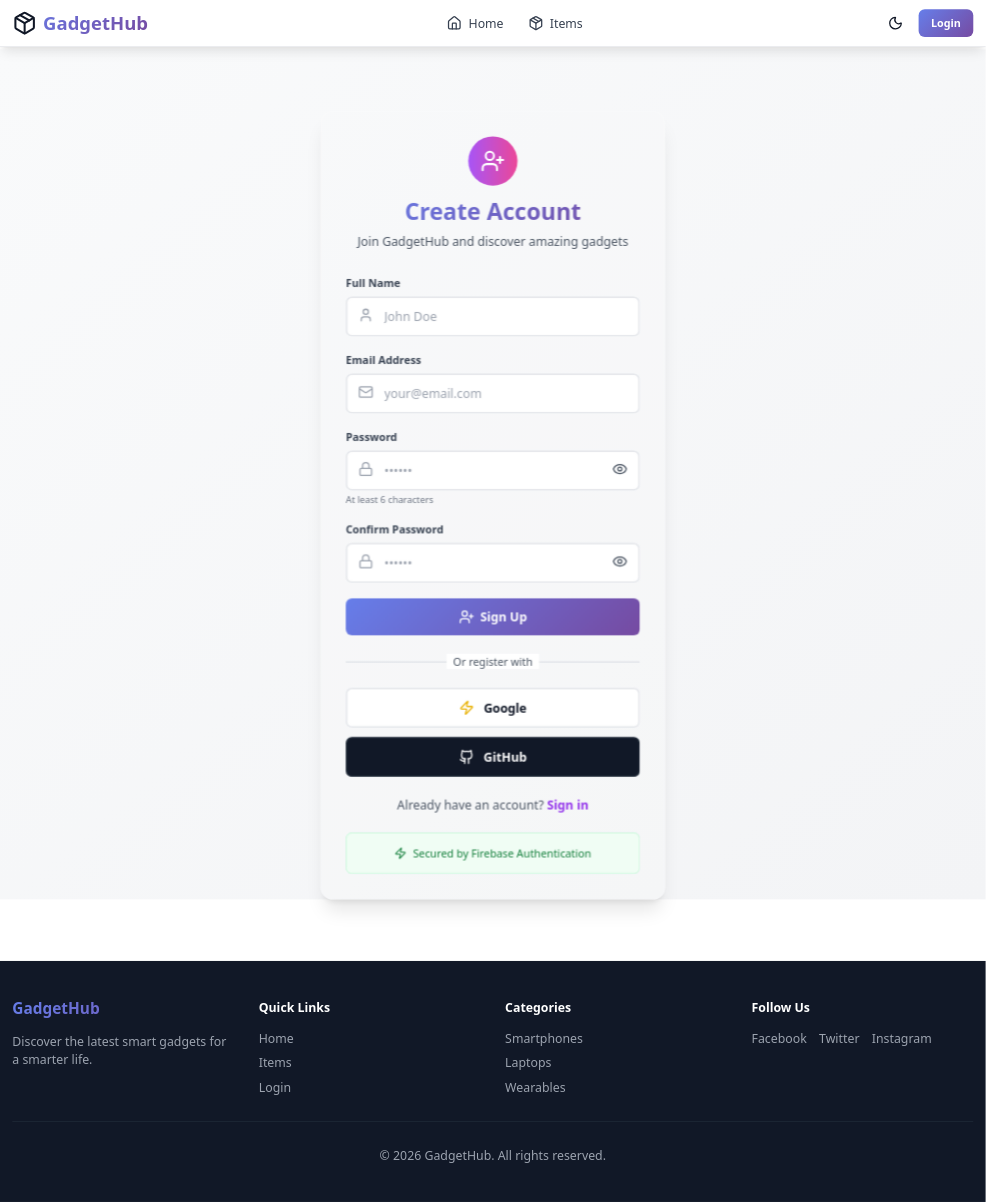
Repository: rajes124/Gadget-Next-js
Page: /register
An editor plug-in stored every save of this project. The page is shown before and after a run of saves, followed by the edit.
The browser window is 1280 px wide. The pictures show the whole page, at 77% of full size.
The project was rebuilt for these pictures with package versions that can differ from the ones it lists, and the page was loaded fresh each time. The framework's server and built-in components were replaced by stand-ins that run in the browser. Also part of the build but not shown: next.config.js.

Above is the page before, as saved 2026-01-18 12:14:21.

### app/layout.tsx
import type { Metadata } from "next";
import Navbar from "@/components/Navbar";
import Footer from "@/components/Footer";
import Providers from "@/components/Providers";
import "./globals.css";

export const metadata: Metadata = {
  title: "GadgetHub - Discover Smart Gadgets",
  description: "Explore the latest technology and innovations. Find your perfect gadget today.",
};

export default function RootLayout({
  children,
}: {
  children: React.ReactNode;
}) {
  return (
    <html lang="en" suppressHydrationWarning>
      <body className="bg-white dark:bg-slate-950 text-gray-900 dark:text-gray-100">
        <Providers>
          <Navbar />
          <main className="min-h-screen pt-16">
            {children}
          </main>
          <Footer />
        </Providers>
      </body>
    </html>
  );
}

### app/register/page.tsx
'use client';

import { useState } from 'react';
import { useRouter } from 'next/navigation';
import Link from 'next/link';
import { signUp } from '@/lib/auth';
import toast from 'react-hot-toast';
import { Mail, Lock, Eye, EyeOff, User as UserIcon, UserPlus, Zap, Github } from 'lucide-react';

export default function RegisterPage() {
  const router = useRouter();
  const [formData, setFormData] = useState({
    email: '',
    password: '',
    confirmPassword: '',
    fullName: '',
  });
  const [loading, setLoading] = useState(false);
  const [showPassword, setShowPassword] = useState(false);
  const [showConfirmPassword, setShowConfirmPassword] = useState(false);

  const handleChange = (e: React.ChangeEvent<HTMLInputElement>) => {
    setFormData({ ...formData, [e.target.name]: e.target.value });
  };

  const handleRegister = async (e: React.FormEvent) => {
    e.preventDefault();

    if (!formData.fullName || !formData.email || !formData.password || !formData.confirmPassword) {
      toast.error('Please fill in all fields');
      return;
    }

    if (formData.password !== formData.confirmPassword) {
      toast.error('Passwords do not match');
      return;
    }

    if (formData.password.length < 6) {
      toast.error('Password must be at least 6 characters');
      return;
    }

    setLoading(true);

    try {
      await signUp(formData.email, formData.password, formData.fullName);
      toast.success('Account created successfully!');
      router.push('/items');
    } catch (error: any) {
      const errorMessage = error.code === 'auth/email-already-in-use'
        ? 'Email already registered'
        : error.message || 'Registration failed';
      toast.error(errorMessage);
    } finally {
      setLoading(false);
    }
  };

  return (
    <div className="min-h-screen flex items-center justify-center px-4 pt-20 bg-gradient-to-br from-gray-50 to-gray-100 dark:from-slate-950 dark:to-slate-900">
      <div className="w-full max-w-md animate-slide-in-up">
        <div className="glass-effect rounded-2xl p-8 shadow-xl border border-gray-200 dark:border-gray-700">
          {/* Header */}
          <div className="text-center mb-8">
            <div className="inline-flex items-center justify-center w-16 h-16 rounded-full bg-gradient-to-r from-purple-500 to-pink-500 mb-4">
              <UserPlus className="w-8 h-8 text-white" />
            </div>
            <h1 className="text-3xl font-bold gradient-text mb-2">Create Account</h1>
            <p className="text-gray-600 dark:text-gray-400">Join GadgetHub and discover amazing gadgets</p>
          </div>

          <form onSubmit={handleRegister} className="space-y-5">
            {/* Full Name */}
            <div className="animate-slide-in-up" style={{ animationDelay: '0.1s' }}>
              <label className="block text-sm font-semibold text-gray-700 dark:text-gray-300 mb-2">
                Full Name
              </label>
              <div className="relative">
                <UserIcon className="absolute left-4 top-3.5 w-5 h-5 text-gray-400" />
                <input
                  type="text"
                  name="fullName"
                  value={formData.fullName}
                  onChange={handleChange}
                  className="w-full pl-12 pr-4 py-3 rounded-lg border-2 border-gray-200 dark:border-gray-700 dark:bg-slate-800 focus:border-purple-500 focus:outline-none transition"
                  placeholder="John Doe"
                />
              </div>
            </div>

            {/* Email */}
            <div className="animate-slide-in-up" style={{ animationDelay: '0.2s' }}>
              <label className="block text-sm font-semibold text-gray-700 dark:text-gray-300 mb-2">
                Email Address
              </label>
              <div className="relative">
                <Mail className="absolute left-4 top-3.5 w-5 h-5 text-gray-400" />
                <input
                  type="email"
                  name="email"
                  value={formData.email}
                  onChange={handleChange}
                  className="w-full pl-12 pr-4 py-3 rounded-lg border-2 border-gray-200 dark:border-gray-700 dark:bg-slate-800 focus:border-purple-500 focus:outline-none transition"
                  placeholder="your@email.com"
                  required
                />
              </div>
            </div>

            {/* Password */}
            <div className="animate-slide-in-up" style={{ animationDelay: '0.3s' }}>
              <label className="block text-sm font-semibold text-gray-700 dark:text-gray-300 mb-2">
                Password
              </label>
              <div className="relative">
                <Lock className="absolute left-4 top-3.5 w-5 h-5 text-gray-400" />
                <input
                  type={showPassword ? 'text' : 'password'}
                  name="password"
                  value={formData.password}
                  onChange={handleChange}
                  className="w-full pl-12 pr-12 py-3 rounded-lg border-2 border-gray-200 dark:border-gray-700 dark:bg-slate-800 focus:border-purple-500 focus:outline-none transition"
                  placeholder="••••••"
                  required
                />
                <button
                  type="button"
                  onClick={() => setShowPassword(!showPassword)}
                  className="absolute right-4 top-3.5 text-gray-600 dark:text-gray-400 hover:text-gray-900 dark:hover:text-gray-200 transition"
                >
                  {showPassword ? <EyeOff className="w-5 h-5" /> : <Eye className="w-5 h-5" />}
                </button>
              </div>
              <p className="text-xs text-gray-500 dark:text-gray-400 mt-1">At least 6 characters</p>
            </div>

            {/* Confirm Password */}
            <div className="animate-slide-in-up" style={{ animationDelay: '0.4s' }}>
              <label className="block text-sm font-semibold text-gray-700 dark:text-gray-300 mb-2">
                Confirm Password
              </label>
              <div className="relative">
                <Lock className="absolute left-4 top-3.5 w-5 h-5 text-gray-400" />
                <input
                  type={showConfirmPassword ? 'text' : 'password'}
                  name="confirmPassword"
                  value={formData.confirmPassword}
                  onChange={handleChange}
                  className="w-full pl-12 pr-12 py-3 rounded-lg border-2 border-gray-200 dark:border-gray-700 dark:bg-slate-800 focus:border-purple-500 focus:outline-none transition"
                  placeholder="••••••"
                  required
                />
                <button
                  type="button"
                  onClick={() => setShowConfirmPassword(!showConfirmPassword)}
                  className="absolute right-4 top-3.5 text-gray-600 dark:text-gray-400 hover:text-gray-900 dark:hover:text-gray-200 transition"
                >
                  {showConfirmPassword ? <EyeOff className="w-5 h-5" /> : <Eye className="w-5 h-5" />}
                </button>
              </div>
            </div>

            {/* Submit Button */}
            <button
              type="submit"
              disabled={loading}
              className="w-full gradient-btn text-white py-3 rounded-lg font-bold disabled:opacity-50 flex items-center justify-center gap-2 hover:shadow-lg transition animate-slide-in-up"
              style={{ animationDelay: '0.5s' }}
            >
              {loading ? (
                <>
                  <div className="w-5 h-5 border-2 border-white border-t-transparent rounded-full animate-spin"></div>
                  Creating Account...
                </>
              ) : (
                <>
                  <UserPlus className="w-5 h-5" />
                  Sign Up
                </>
              )}
            </button>
          </form>

          {/* Divider */}
          <div className="mt-6 relative animate-fade-in" style={{ animationDelay: '0.6s' }}>
            <div className="absolute inset-0 flex items-center">
              <div className="w-full border-t border-gray-300 dark:border-gray-600"></div>
            </div>
            <div className="relative flex justify-center text-sm">
              <span className="px-2 bg-white dark:bg-slate-900 text-gray-600 dark:text-gray-400">Or register with</span>
            </div>
          </div>

          {/* Social Buttons */}
          <div className="mt-6 space-y-3 animate-fade-in" style={{ animationDelay: '0.7s' }}>
            <button
              type="button"
              className="w-full flex items-center justify-center gap-3 bg-white dark:bg-gray-700 text-gray-900 dark:text-white px-4 py-3 rounded-lg font-semibold hover:shadow-lg transition border-2 border-gray-200 dark:border-gray-600"
            >
              <Zap className="w-5 h-5 text-yellow-500" />
              Google
            </button>

            <button
              type="button"
              className="w-full flex items-center justify-center gap-3 bg-gray-900 dark:bg-gray-800 text-white px-4 py-3 rounded-lg font-semibold hover:shadow-lg transition border-2 border-gray-800 dark:border-gray-700"
            >
              <Github className="w-5 h-5" />
              GitHub
            </button>
          </div>

          {/* Login Link */}
          <div className="mt-6 text-center animate-fade-in" style={{ animationDelay: '0.8s' }}>
            <p className="text-gray-600 dark:text-gray-400">
              Already have an account?{' '}
              <Link href="/login" className="text-purple-600 font-semibold hover:text-purple-700 transition">
                Sign in
              </Link>
            </p>
          </div>

          {/* Security Info */}
          <div className="mt-6 p-4 bg-green-50 dark:bg-green-900/20 rounded-lg border border-green-200 dark:border-green-700 text-center animate-fade-in" style={{ animationDelay: '0.9s' }}>
            <p className="text-sm text-green-700 dark:text-green-400 flex items-center justify-center gap-2">
              <Zap className="w-4 h-4" />
              <span>Secured by Firebase Authentication</span>
            </p>
          </div>
        </div>
      </div>
    </div>
  );
}

### components/Footer.tsx
'use client';

export default function Footer() {
  return (
    <footer className="bg-gray-900 dark:bg-black text-white py-12 mt-20">
      <div className="max-w-7xl mx-auto px-4">
        <div className="grid md:grid-cols-4 gap-8 mb-8">
          <div>
            <h3 className="text-xl font-bold mb-4 gradient-text">GadgetHub</h3>
            <p className="text-gray-400">Discover the latest smart gadgets for a smarter life.</p>
          </div>
          <div>
            <h4 className="font-semibold mb-4">Quick Links</h4>
            <ul className="space-y-2 text-gray-400">
              <li><a href="#" className="hover:text-white transition">Home</a></li>
              <li><a href="/items" className="hover:text-white transition">Items</a></li>
              <li><a href="/login" className="hover:text-white transition">Login</a></li>
            </ul>
          </div>
          <div>
            <h4 className="font-semibold mb-4">Categories</h4>
            <ul className="space-y-2 text-gray-400">
              <li><a href="#" className="hover:text-white transition">Smartphones</a></li>
              <li><a href="#" className="hover:text-white transition">Laptops</a></li>
              <li><a href="#" className="hover:text-white transition">Wearables</a></li>
            </ul>
          </div>
          <div>
            <h4 className="font-semibold mb-4">Follow Us</h4>
            <div className="flex gap-4">
              <a href="#" className="text-gray-400 hover:text-white transition">Facebook</a>
              <a href="#" className="text-gray-400 hover:text-white transition">Twitter</a>
              <a href="#" className="text-gray-400 hover:text-white transition">Instagram</a>
            </div>
          </div>
        </div>
        <div className="border-t border-gray-800 pt-8 text-center text-gray-400">
          <p>&copy; 2026 GadgetHub. All rights reserved.</p>
        </div>
      </div>
    </footer>
  );
}

### components/Providers.tsx
'use client';

import { Toaster } from 'react-hot-toast';
import { ThemeProvider } from 'next-themes';

export default function Providers({ children }: { children: React.ReactNode }) {
  return (
    <ThemeProvider attribute="class" defaultTheme="light" enableSystem>
      {children}
      <Toaster position="top-right" />
    </ThemeProvider>
  );
}

### app/globals.css
@tailwind base;
@tailwind components;
@tailwind utilities;

* {
  margin: 0;
  padding: 0;
  box-sizing: border-box;
}

html {
  scroll-behavior: smooth;
}

body {
  transition: background-color 0.3s ease, color 0.3s ease;
}

.gradient-text {
  background: linear-gradient(135deg, #667eea 0%, #764ba2 100%);
  -webkit-background-clip: text;
  -webkit-text-fill-color: transparent;
  background-clip: text;
}

.gradient-bg {
  background: linear-gradient(135deg, #667eea 0%, #764ba2 50%, #f093fb 100%);
}

.glass-effect {
  background: rgba(255, 255, 255, 0.1);
  backdrop-filter: blur(10px);
  border: 1px solid rgba(255, 255, 255, 0.2);
}

.dark .glass-effect {
  background: rgba(15, 23, 42, 0.3);
  border: 1px solid rgba(148, 163, 184, 0.2);
}

.gradient-btn {
  background: linear-gradient(135deg, #667eea 0%, #764ba2 100%);
  transition: all 0.3s ease;
}

.gradient-btn:hover {
  transform: translateY(-2px);
  box-shadow: 0 10px 25px rgba(102, 126, 234, 0.4);
}

/* Custom Animations */
@keyframes fade-in {
  from {
    opacity: 0;
  }
  to {
    opacity: 1;
  }
}

@keyframes slide-in-down {
  from {
    opacity: 0;
    transform: translateY(-20px);
  }
  to {
    opacity: 1;
    transform: translateY(0);
  }
}

@keyframes slide-in-up {
  from {
    opacity: 0;
    transform: translateY(20px);
  }
  to {
    opacity: 1;
    transform: translateY(0);
  }
}

@keyframes slide-in-left {
  from {
    opacity: 0;
    transform: translateX(-20px);
  }
  to {
    opacity: 1;
    transform: translateX(0);
  }
}

@keyframes slide-in-right {
  from {
    opacity: 0;
    transform: translateX(20px);
  }
  to {
    opacity: 1;
    transform: translateX(0);
  }
}

@keyframes float {
  0%, 100% {
    transform: translateY(0px);
  }
  50% {
    transform: translateY(-10px);
  }
}

@keyframes glow-pulse {
  0%, 100% {
    box-shadow: 0 0 20px rgba(102, 126, 234, 0.4);
  }
  50% {
    box-shadow: 0 0 40px rgba(102, 126, 234, 0.6);
  }
}

.animate-fade-in {
  animation: fade-in 0.6s ease-in-out forwards;
  opacity: 0;
}

.animate-slide-in-down {
  animation: slide-in-down 0.6s ease-out forwards;
  opacity: 0;
}

.animate-slide-in-up {
  animation: slide-in-up 0.6s ease-out forwards;
  opacity: 0;
}

.animate-slide-in-left {
  animation: slide-in-left 0.6s ease-out forwards;
  opacity: 0;
}

.animate-slide-in-right {
  animation: slide-in-right 0.6s ease-out forwards;
  opacity: 0;
}

.animate-float {
  animation: float 3s ease-in-out infinite;
}

.animate-glow-pulse {
  animation: glow-pulse 2s ease-in-out infinite;
}

/* Smooth transitions */
a, button {
  transition: all 0.3s ease;
}

/* Scrollbar Styling */
::-webkit-scrollbar {
  width: 8px;
  height: 8px;
}

::-webkit-scrollbar-track {
  background: transparent;
}

::-webkit-scrollbar-thumb {
  background: linear-gradient(135deg, #667eea 0%, #764ba2 100%);
  border-radius: 4px;
}

::-webkit-scrollbar-thumb:hover {
  background: linear-gradient(135deg, #764ba2 0%, #667eea 100%);
}

### lib/auth.ts
import { signOut, signInWithEmailAndPassword, createUserWithEmailAndPassword, signInWithPopup, GoogleAuthProvider } from 'firebase/auth';
import { auth } from './firebase';
import { setAuthCookie, removeAuthCookie, setUserCookie, getUserCookie } from './cookies';

export const signIn = async (email: string, password: string) => {
  try {
    const result = await signInWithEmailAndPassword(auth, email, password);
    const token = await result.user.getIdToken();

    setAuthCookie(token);
    setUserCookie({
      uid: result.user.uid,
      email: result.user.email,
      displayName: result.user.displayName,
    });

    return result.user;
  } catch (error: any) {
    throw error;
  }
};

export const signUp = async (email: string, password: string, displayName?: string) => {
  try {
    const result = await createUserWithEmailAndPassword(auth, email, password);
    const token = await result.user.getIdToken();

    setAuthCookie(token);
    setUserCookie({
      uid: result.user.uid,
      email: result.user.email,
      displayName: displayName || email.split('@')[0],
    });

    return result.user;
  } catch (error: any) {
    throw error;
  }
};

export const logout = async () => {
  try {
    await signOut(auth);
    removeAuthCookie();
  } catch (error) {
    console.error('Logout error:', error);
  }
};

export const signInWithGoogle = async () => {
  try {
    const googleProvider = new GoogleAuthProvider();
    const result = await signInWithPopup(auth, googleProvider);
    const token = await result.user.getIdToken();

    setAuthCookie(token);
    setUserCookie({
      uid: result.user.uid,
      email: result.user.email,
      displayName: result.user.displayName,
    });

    return result.user;
  } catch (error: any) {
    throw error;
  }
};

export const getCurrentUser = () => {
  return getUserCookie();
};

### lib/firebase.ts
import { initializeApp } from "firebase/app";
import { getAuth } from "firebase/auth";
import { getFirestore } from "firebase/firestore";

const firebaseConfig = {
  apiKey: "AIzaSyDvBJhLa10oqdlcbmkKFgUltEKyrTwjIMk",
  authDomain: "techgad-get.firebaseapp.com",
  projectId: "techgad-get",
  storageBucket: "techgad-get.firebasestorage.app",
  messagingSenderId: "129611510027",
  appId: "1:129611510027:web:4d41bc17581bfff22e320e",
  measurementId: "G-ZS9JZGP2KL"
};

const app = initializeApp(firebaseConfig);
export const auth = getAuth(app);
export const db = getFirestore(app);

export default app;

### lib/cookies.ts
import Cookies from 'js-cookie';

export const setAuthCookie = (token: string) => {
  Cookies.set('auth_token', token, {
    expires: 7,
    secure: process.env.NODE_ENV === 'production',
    sameSite: 'strict',
  });
};

export const getAuthCookie = () => {
  return Cookies.get('auth_token');
};

export const removeAuthCookie = () => {
  Cookies.remove('auth_token');
};

export const setUserCookie = (user: any) => {
  Cookies.set('user', JSON.stringify(user), {
    expires: 7,
    secure: process.env.NODE_ENV === 'production',
    sameSite: 'strict',
  });
};

export const getUserCookie = () => {
  const user = Cookies.get('user');
  return user ? JSON.parse(user) : null;
};

### tailwind.config.ts
import type { Config } from 'tailwindcss';

const config: Config = {
  content: [
    './app/**/*.{js,ts,jsx,tsx,mdx}',
    './components/**/*.{js,ts,jsx,tsx,mdx}',
  ],
  theme: {
    extend: {
      colors: {
        primary: '#667eea',
        secondary: '#764ba2',
      },
    },
  },
  darkMode: 'class',
  plugins: [],
};
export default config;

Loaded but not shown: components/Navbar.tsx (199 lines, source omitted)

After the next 3 saves:
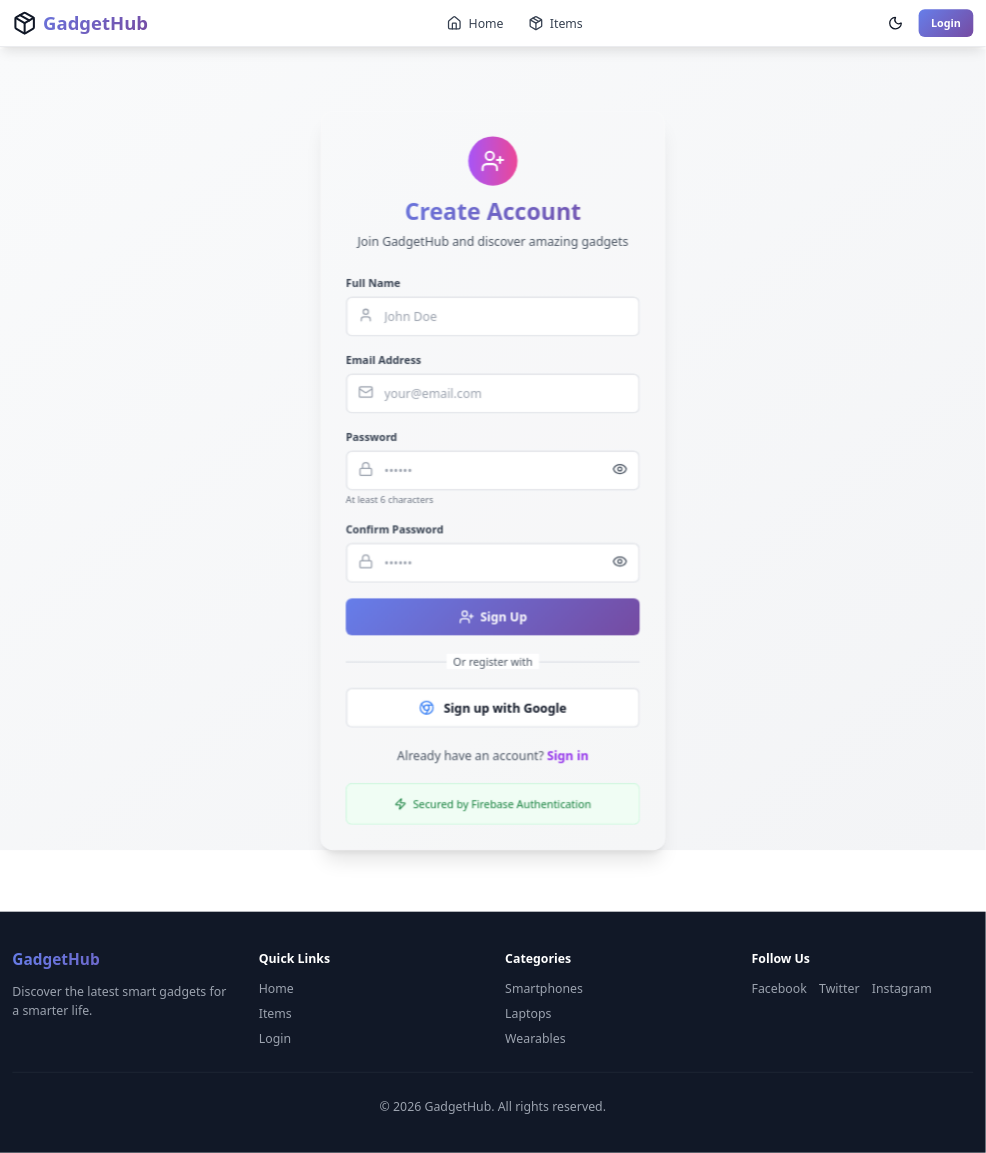
The 3 saves are shown as one change because 2 did not build or start.
The last was saved 16 s later.
--- a/app/register/page.tsx
+++ b/app/register/page.tsx
@@ -3,9 +3,9 @@
 import { useState } from 'react';
 import { useRouter } from 'next/navigation';
 import Link from 'next/link';
-import { signUp } from '@/lib/auth';
+import { signUp, signInWithGoogle } from '@/lib/auth';
 import toast from 'react-hot-toast';
-import { Mail, Lock, Eye, EyeOff, User as UserIcon, UserPlus, Zap, Github } from 'lucide-react';
+import { Mail, Lock, Eye, EyeOff, User as UserIcon, UserPlus, Chrome, Zap } from 'lucide-react';
 
 export default function RegisterPage() {
   const router = useRouter();
@@ -16,6 +16,7 @@
     fullName: '',
   });
   const [loading, setLoading] = useState(false);
+  const [googleLoading, setGoogleLoading] = useState(false);
   const [showPassword, setShowPassword] = useState(false);
   const [showConfirmPassword, setShowConfirmPassword] = useState(false);
 
@@ -57,6 +58,22 @@
     }
   };
 
+  const handleGoogleSignUp = async () => {
+    setGoogleLoading(true);
+    try {
+      await signInWithGoogle();
+      toast.success('Account created successfully!');
+      router.push('/items');
+    } catch (error: any) {
+      const errorMessage = error.code === 'auth/popup-closed-by-user'
+        ? 'Google sign-up cancelled'
+        : error.message || 'Google sign-up failed';
+      toast.error(errorMessage);
+    } finally {
+      setGoogleLoading(false);
+    }
+  };
+
   return (
     <div className="min-h-screen flex items-center justify-center px-4 pt-20 bg-gradient-to-br from-gray-50 to-gray-100 dark:from-slate-950 dark:to-slate-900">
       <div className="w-full max-w-md animate-slide-in-up">
@@ -196,18 +213,21 @@
           <div className="mt-6 space-y-3 animate-fade-in" style={{ animationDelay: '0.7s' }}>
             <button
               type="button"
-              className="w-full flex items-center justify-center gap-3 bg-white dark:bg-gray-700 text-gray-900 dark:text-white px-4 py-3 rounded-lg font-semibold hover:shadow-lg transition border-2 border-gray-200 dark:border-gray-600"
+              onClick={handleGoogleSignUp}
+              disabled={googleLoading}
+              className="w-full flex items-center justify-center gap-3 bg-white dark:bg-gray-700 text-gray-900 dark:text-white px-4 py-3 rounded-lg font-semibold hover:shadow-lg transition border-2 border-gray-200 dark:border-gray-600 disabled:opacity-50"
             >
-              <Zap className="w-5 h-5 text-yellow-500" />
-              Google
-            </button>
-
-            <button
-              type="button"
-              className="w-full flex items-center justify-center gap-3 bg-gray-900 dark:bg-gray-800 text-white px-4 py-3 rounded-lg font-semibold hover:shadow-lg transition border-2 border-gray-800 dark:border-gray-700"
-            >
-              <Github className="w-5 h-5" />
-              GitHub
+              {googleLoading ? (
+                <>
+                  <div className="w-5 h-5 border-2 border-gray-900 dark:border-white border-t-transparent rounded-full animate-spin"></div>
+                  Creating Account...
+                </>
+              ) : (
+                <>
+                  <Chrome className="w-5 h-5 text-blue-500" />
+                  Sign up with Google
+                </>
+              )}
             </button>
           </div>
 
